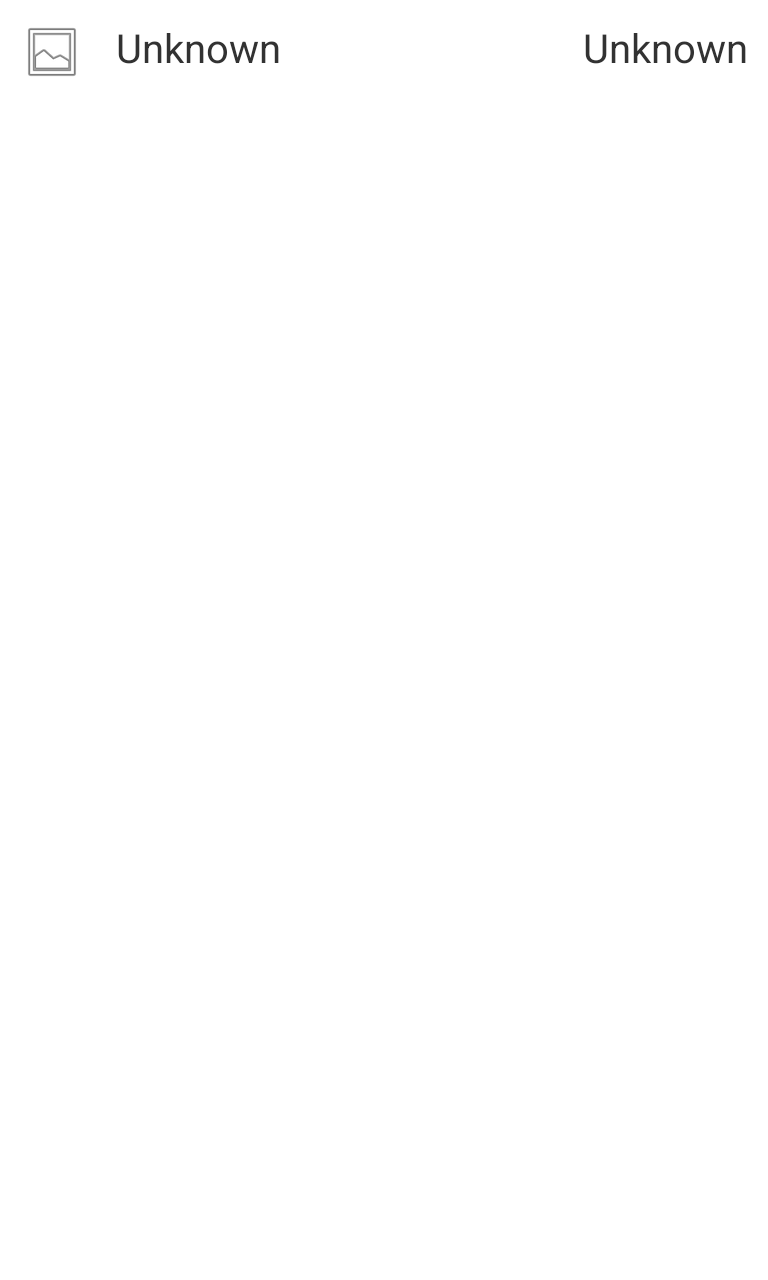
Repository: finerrecliner/SmartVent
Layout: SmartVent/res/layout/quick_room.xml
An editor plug-in stored every save of this project. The layout is shown before and after the next save, followed by the edit.
It is drawn on a 768 x 1280 px phone screen (xhdpi) without system bars, with theme AppTheme; the app's code is not run.

Above is the layout before, as saved 2013-11-03 15:38:22.

After the next save:
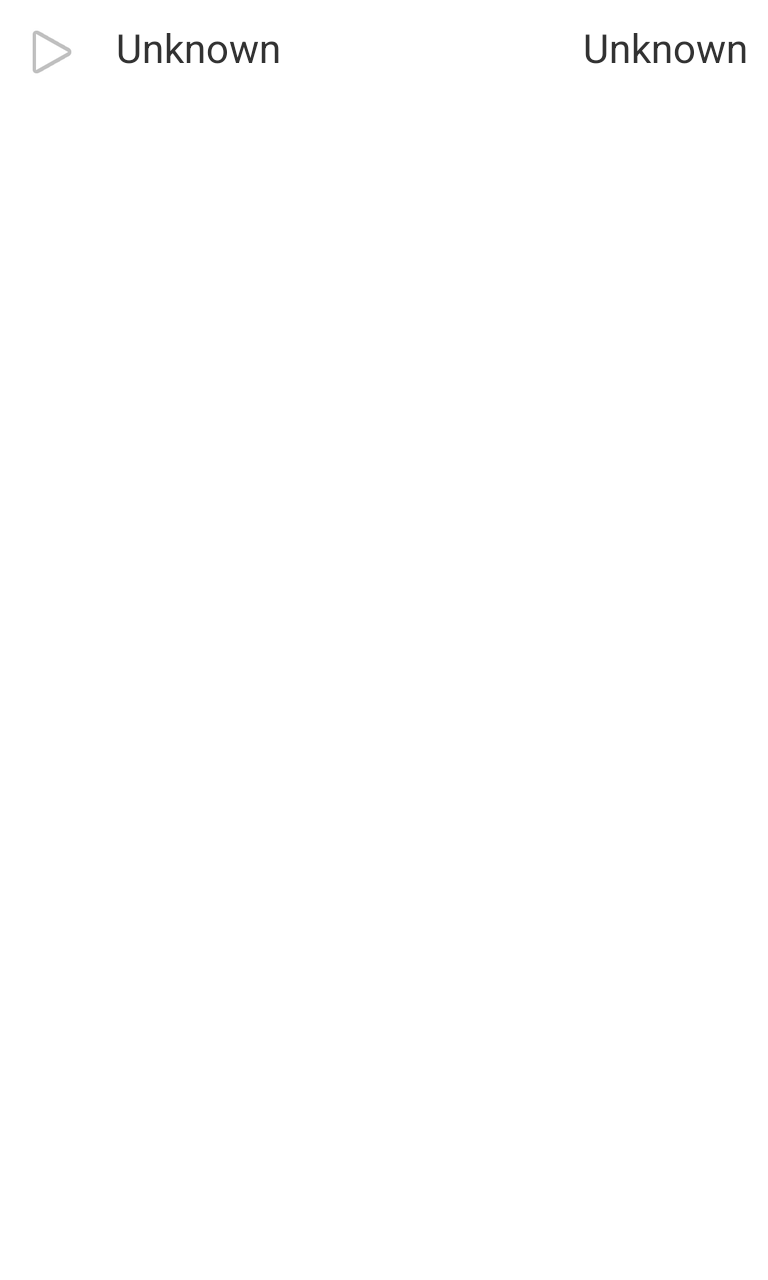
Saved 7 min 15 s later.
--- a/SmartVent/res/layout/quick_room.xml
+++ b/SmartVent/res/layout/quick_room.xml
@@ -17,7 +17,7 @@
         android:contentDescription="@string/unknown"
         android:paddingLeft="10dp"
         android:paddingRight="10dp"
-        android:src="@android:drawable/ic_menu_gallery" />
+        android:src="@android:drawable/ic_media_play" />
 
 	<TextView
 	    android:id="@+id/quick_room_name"
